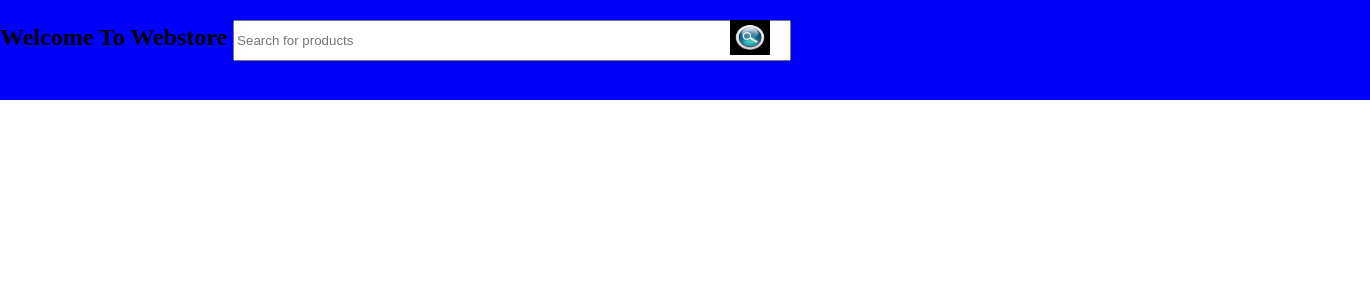
Repository: sourogithub/Final-yr-project-using-j2ee
Page: http://localhost/Webstore/JSP Pages/Front.jsp
These files come from the project's save history. The page is drawn as it stood at one moment and after the next save; the edit follows.
The browser window is 1280 px wide. The page is 1370 px wide, so the pictures cover 1370 px, including what lies to the right of the window. The pictures show the whole page.
The page is served by Tomcat 9.

Above is the page before, as saved 2017-04-11 08:58:51.

### Webstore/WebContent/JSP Pages/Front.jsp
<%@ page language="java" contentType="text/html; charset=ISO-8859-1"
    pageEncoding="ISO-8859-1"%>
<!DOCTYPE html PUBLIC "-//W3C//DTD HTML 4.01 Transitional//EN" "http://www.w3.org/TR/html4/loose.dtd">
<html>
<head>
<meta http-equiv="Content-Type" content="text/html; charset=ISO-8859-1">
<title>Insert title here</title>
</head>
<body style="margin:0">
<div id="top"  style="background:blue; height:100px;position:absolute;top:0px;width:1370px;">
<h2>Welcome To Webstore
<input type="text" placeholder="Search for products" required style="border-width:2;width:550px;height:35px">
<a><img src="../images/search-images-17.jpg" height="35px" width="40px" style="position:absolute;right:600px"></a>
</h2>
</div>
</body>
</html>

After the next save:
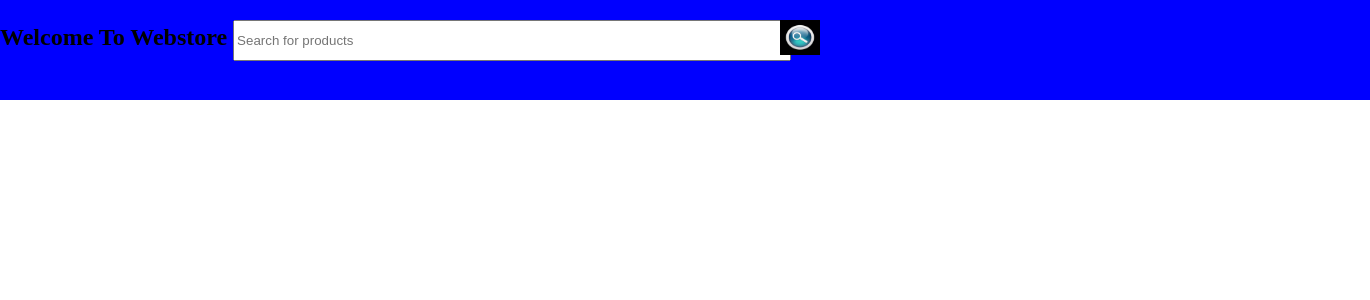
Saved 30 s later.
--- a/Webstore/WebContent/JSP Pages/Front.jsp
+++ b/Webstore/WebContent/JSP Pages/Front.jsp
@@ -10,7 +10,7 @@
 <div id="top"  style="background:blue; height:100px;position:absolute;top:0px;width:1370px;">
 <h2>Welcome To Webstore
 <input type="text" placeholder="Search for products" required style="border-width:2;width:550px;height:35px">
-<a><img src="../images/search-images-17.jpg" height="35px" width="40px" style="position:absolute;right:600px"></a>
+<a><img src="../images/search-images-17.jpg" height="35px" width="40px" style="position:absolute;right:550px"></a>
 </h2>
 </div>
 </body>
